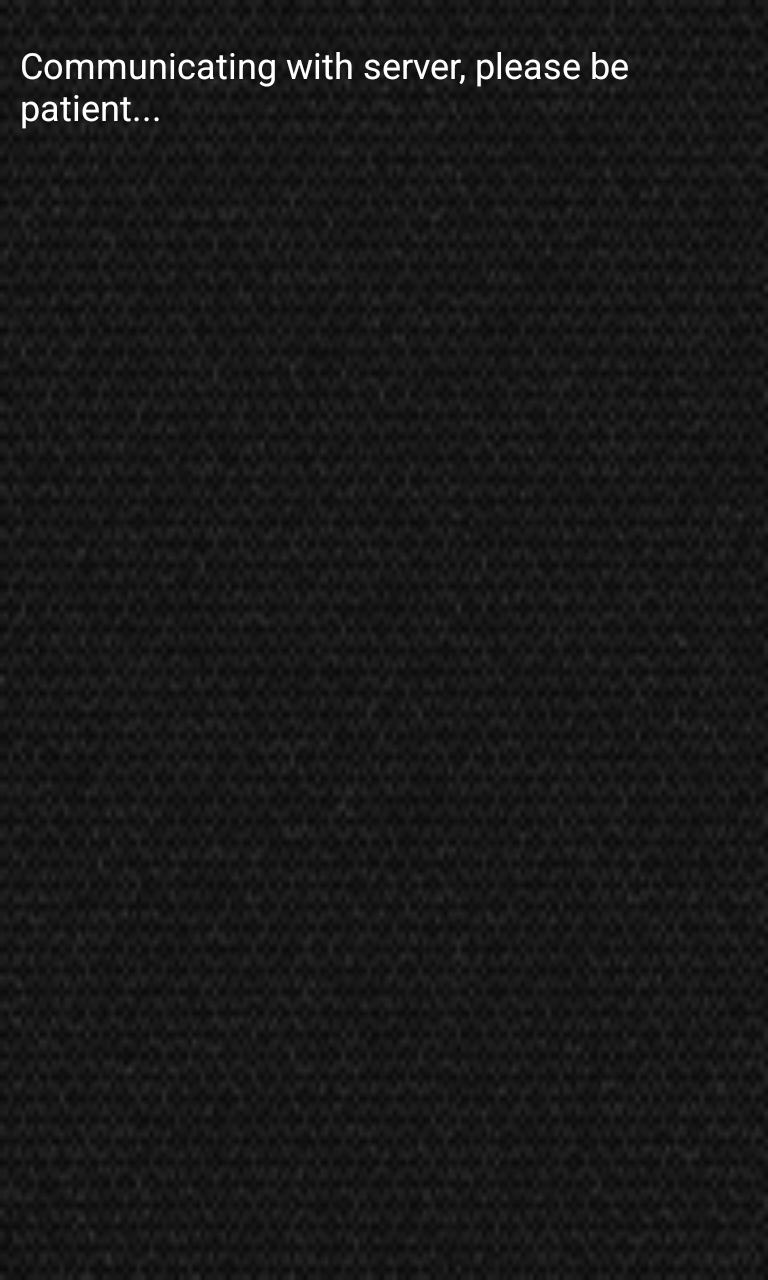
Repository: Tacohen/Killbots
Layout: Killbots/res/layout/cloud_communication.xml
An editor plug-in stored every save of this project. The layout is shown before and after the next save, followed by the edit.
It is drawn on a 768 x 1280 px phone screen (xhdpi) without system bars, with theme AppTheme; the app's code is not run.

Above is the layout before, as saved 2013-12-10 03:20:21.

After the next save:
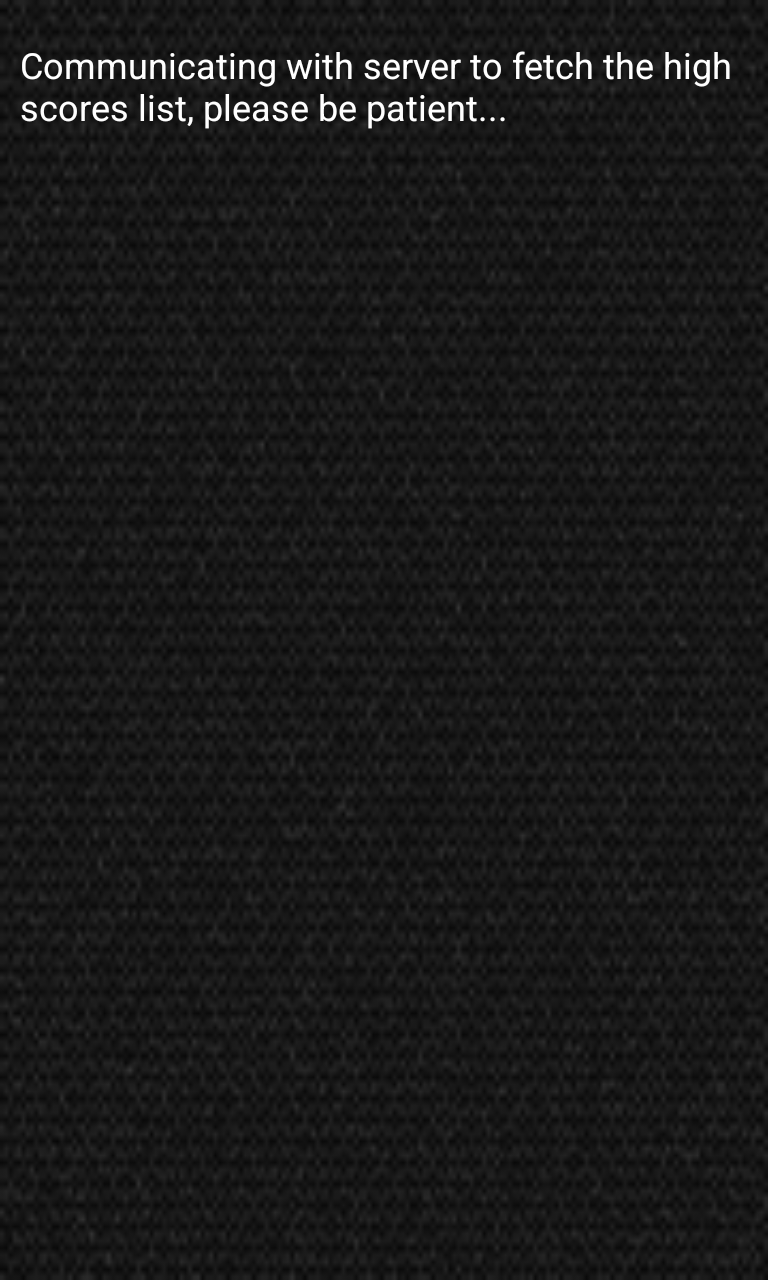
Saved 20 s later.
--- a/Killbots/res/layout/cloud_communication.xml
+++ b/Killbots/res/layout/cloud_communication.xml
@@ -13,6 +13,6 @@
             android:layout_marginTop="10dip"
             android:textColor="#FFFFFF"
             android:textAppearance="?android:attr/textAppearanceMedium"
-            android:text="Communicating with server, please be patient..." />
+            android:text="Communicating with server to fetch the high scores list, please be patient..." />
 
     </LinearLayout>
